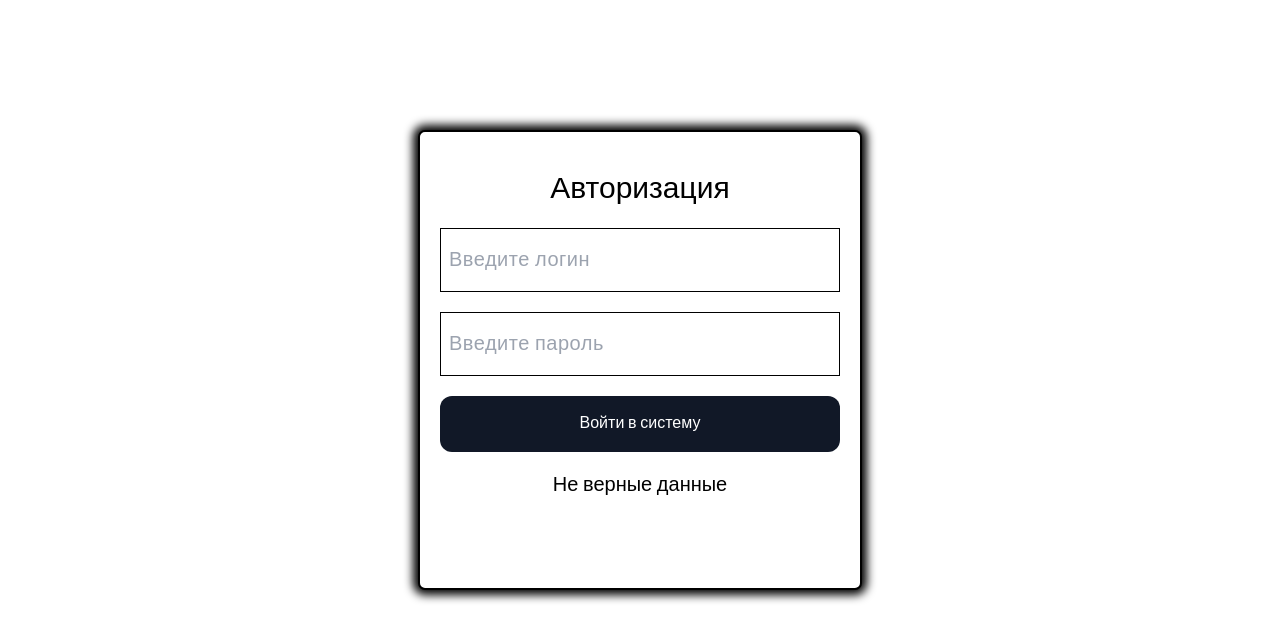
Repository: AlearvickOne/CartridgesApp
Page: /
These files come from the project's save history. The page is drawn as it stood at one moment and after the next save; the edit follows.
The browser window is 1280 px wide. The pictures show the whole page.
The page's requests for data from a server got no answer. The project was rebuilt for these pictures with package versions that can differ from the ones it lists, and the page was loaded fresh each time. The framework's server and built-in components were replaced by stand-ins that run in the browser. No one was signed in, and anything a server would have sent is missing. Also part of the build but not shown: next.config.mjs.

Above is the page before, as saved 2024-04-19 15:45:36.

After the next save:
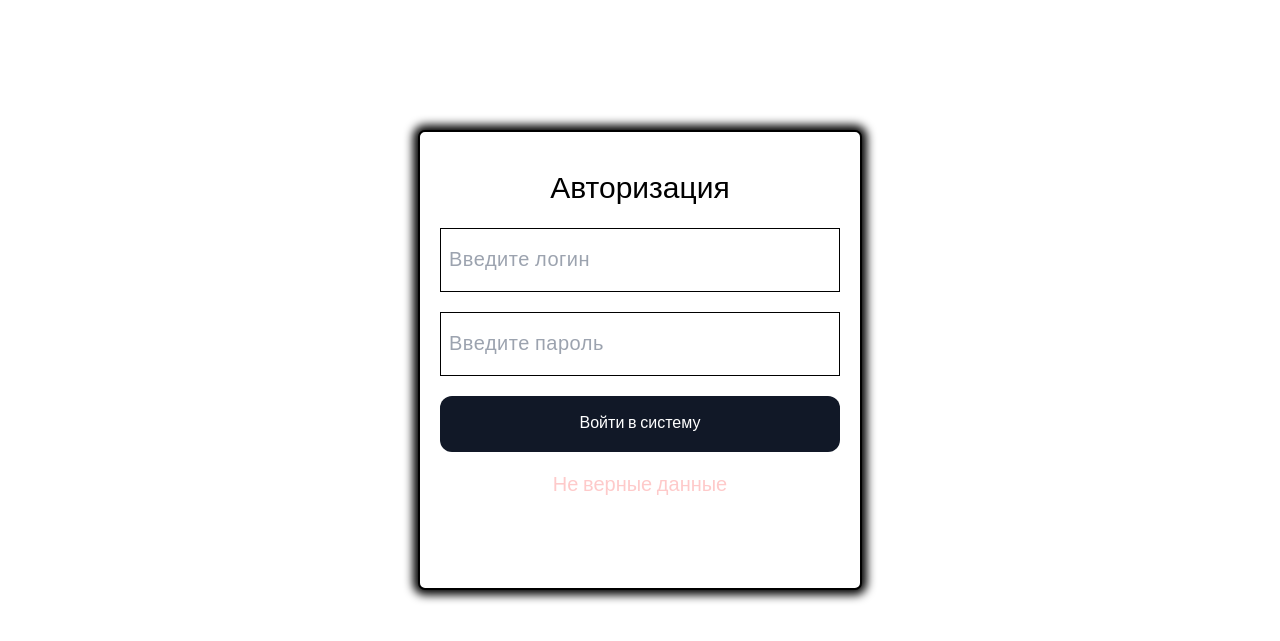
Saved 2 s later.
--- a/src/components/AuthorizationPage.tsx
+++ b/src/components/AuthorizationPage.tsx
@@ -33,7 +33,11 @@ function AuthorizationPage({ handleSubmit }: ISession) {
             {isClick ? <SyncIcon className="animate-spin" /> : "Войти в систему"}
           </button>
 
-          {isClick ? <></> : <p className="mt-5 text-center text-red text-xl">Не верные данные</p>}
+          {isClick ? (
+            <></>
+          ) : (
+            <p className="mt-5 text-center text-red-200 text-xl">Не верные данные</p>
+          )}
         </form>
       </div>
     </main>
